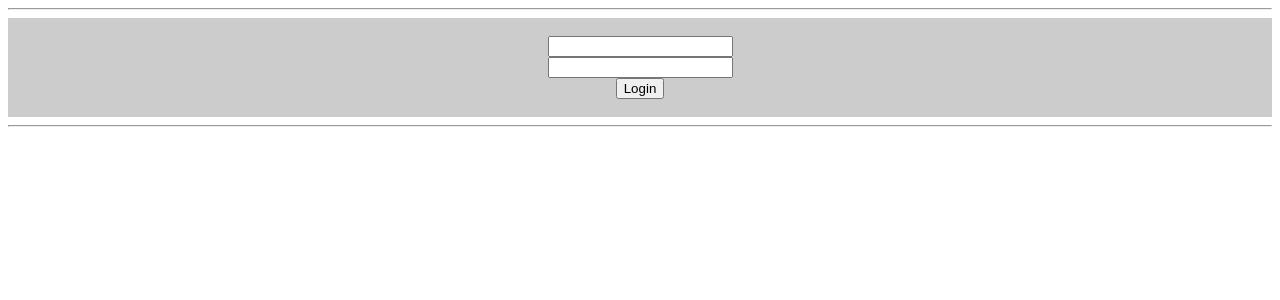
Repository: amirdt22/CT390_Project
Page: http://localhost/craig-project/
The author's editor kept a copy of each file at every save. The page is drawn from the files as they stood at one save, then again after the next save.
The browser window is 1280 px wide. The pictures show the whole page.
The page is served by Tomcat 9.

Above is the page before, as saved 2012-04-22 12:50:16.

After the next save:
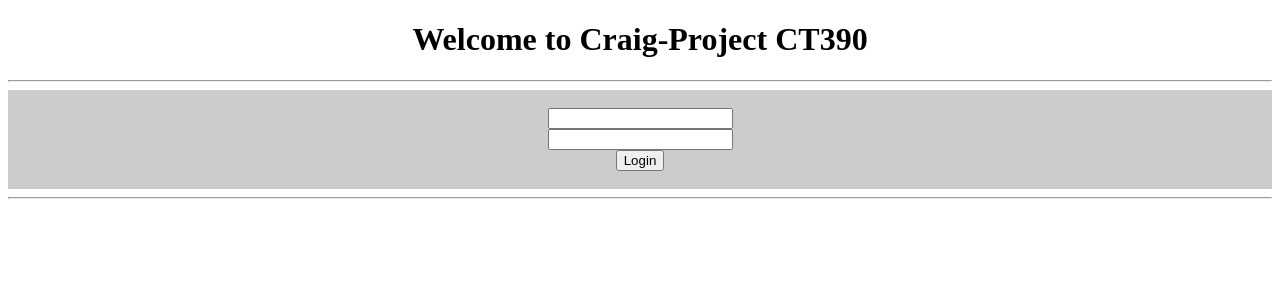
Saved 10 min 10 s later.
--- a/craig-project/WebContent/index.jsp
+++ b/craig-project/WebContent/index.jsp
@@ -8,6 +8,8 @@
 </head>
 <body>
 	<center>
+		<h1>Welcome to Craig-Project CT390</h1>
+
 	<hr>
 		<form style="background-color: #CCCCCC" action="Login" method="POST"><br>
 			<input type="text" name="username" id="username"/><br>
